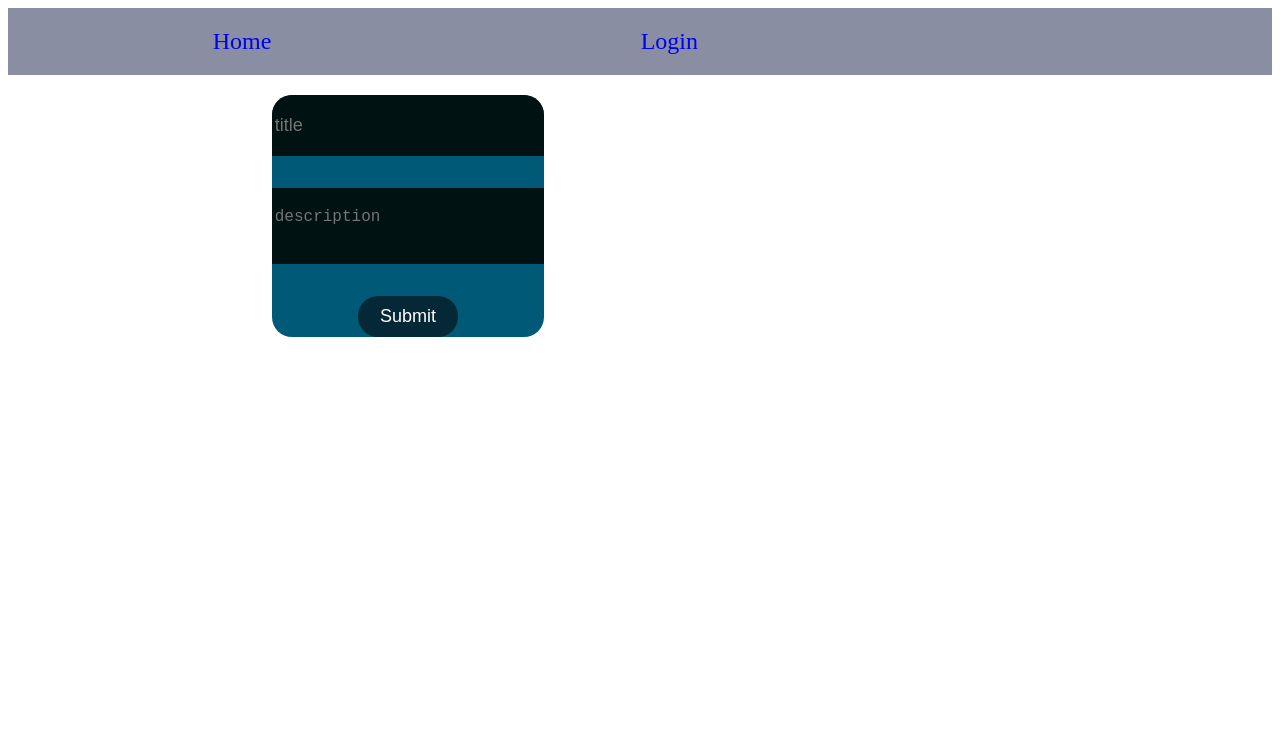
Repository: albinsabu2023/postapp
Page: /createpost
An editor plug-in stored every save of this project. The page is shown before and after the next save, followed by the edit.
The browser window is 1280 px wide. The pictures show the whole page.
The project was rebuilt for these pictures with package versions that can differ from the ones it lists, and the page was loaded fresh each time. Also part of the build but not shown: src/index.css, src/Components/main/PostCard.css, src/Components/main/PostCard.tsx, src/Components/main/Home.css, src/Components/main/Home.tsx, src/Components/Login.tsx.

Above is the page before, as saved 2024-02-06 03:24:14.

After the next save:
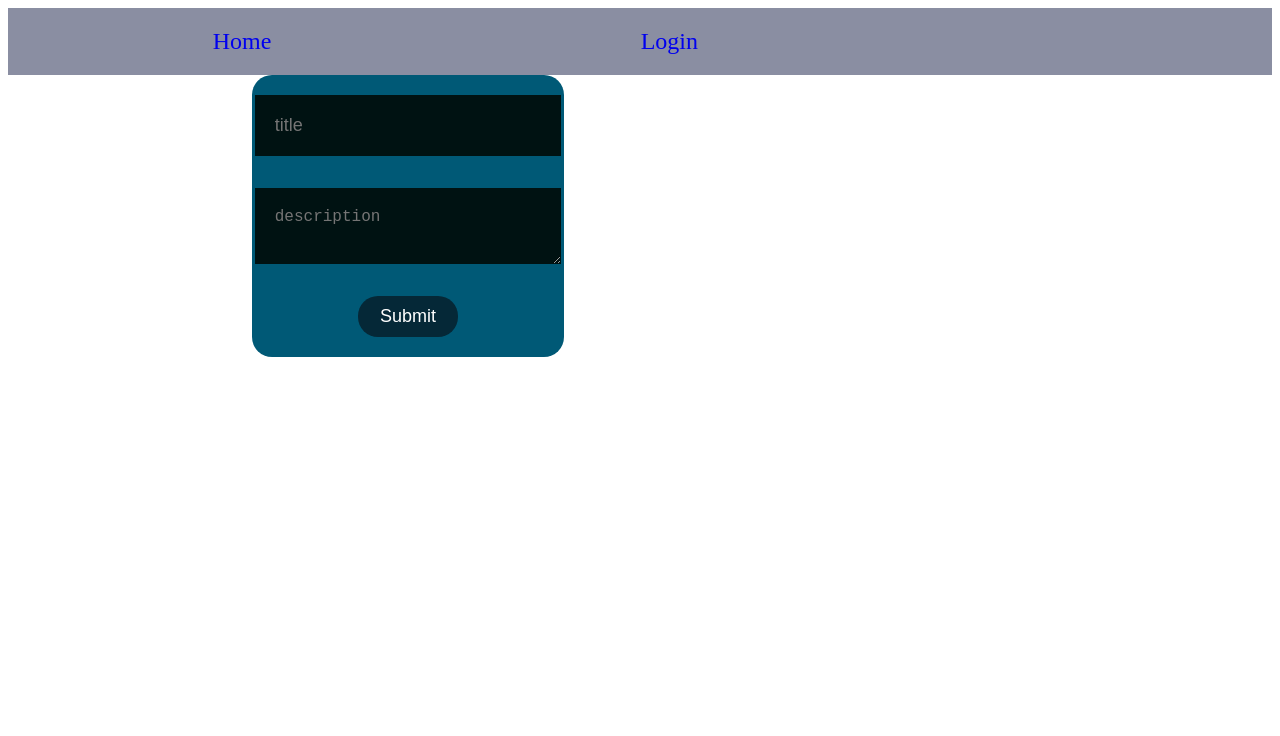
Saved 6 s later.
--- a/src/create-post/CreateForm.css
+++ b/src/create-post/CreateForm.css
@@ -1,11 +1,11 @@
 form{
     display: flex;
     flex-direction:column;
-
+    padding: 20px;
     background-color: rgb(0, 89, 118);
     align-items: center;
     justify-content: center;
-    margin: 20px;
+
     border-radius: 20px;
 
 
